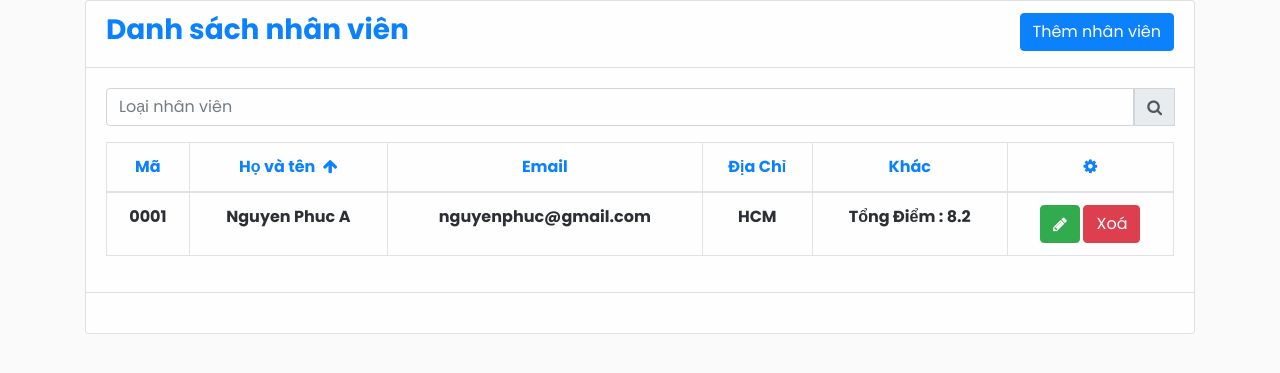
Repository: maitan0705/es6_oop
Page: index.html
These files come from the project's save history. The page is drawn as it stood at one moment and after a run of saves; the edit follows.
The browser window is 1280 px wide. The pictures show the whole page.
Some web fonts or font styles are not loaded; a fallback is used.

Above is the page before, as saved 2023-04-12 08:21:26.

After the next 2 saves:
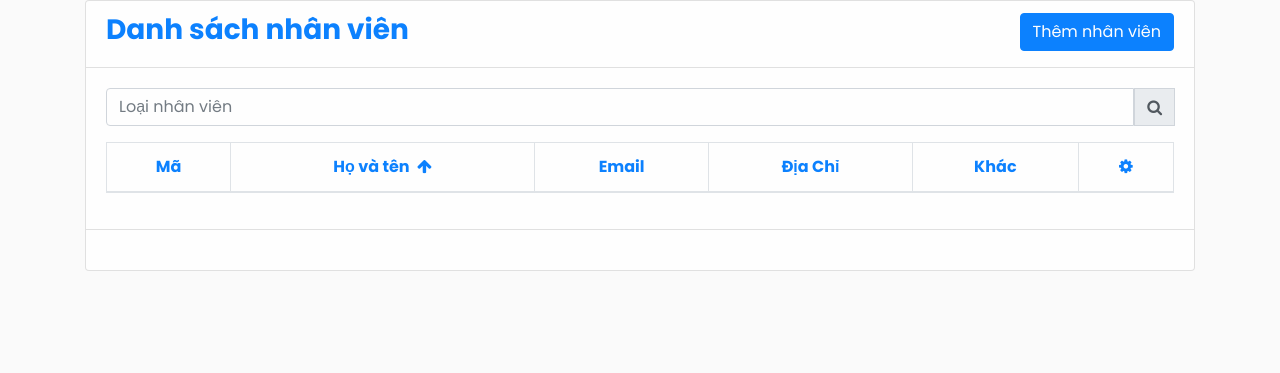
Console error: SyntaxError: Unexpected token ')'
The 2 saves are shown as one change because they came seconds apart.
The last was saved 7 s later.
--- a/controllers/index.js
+++ b/controllers/index.js
@@ -78,7 +78,8 @@
 };
 window.suaDoiTuong = function (ma) {
   document.querySelector('#btnThem').click();
-  if(lay){
+
+  if(){
     let arrinput = document.querySelectorAll(".input-group input");
      for (let input of arrinput) {
             let {id} = input;

After the 6 saves that followed:
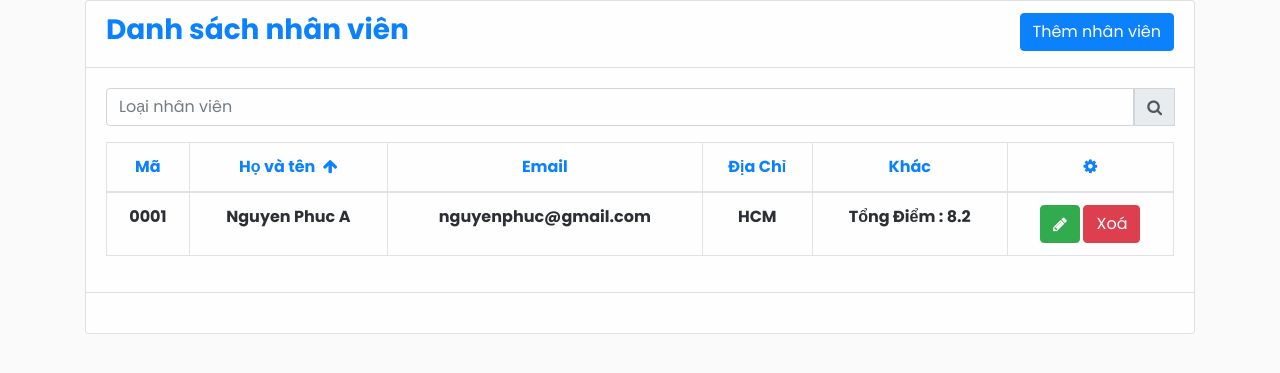
The error is gone.
The 6 saves are shown as one change because 1 left the picture as it was and some came seconds apart.
The last was saved 21 s later.
--- a/controllers/index.js
+++ b/controllers/index.js
@@ -78,12 +78,12 @@
 };
 window.suaDoiTuong = function (ma) {
   document.querySelector('#btnThem').click();
-
-  if(){
+  let info = listPerson.layThongtin(ma)
+  if(info){
     let arrinput = document.querySelectorAll(".input-group input");
      for (let input of arrinput) {
             let {id} = input;
-            input.value = editUser[id]
+            input.value = info[id]
         }
   }
 }
